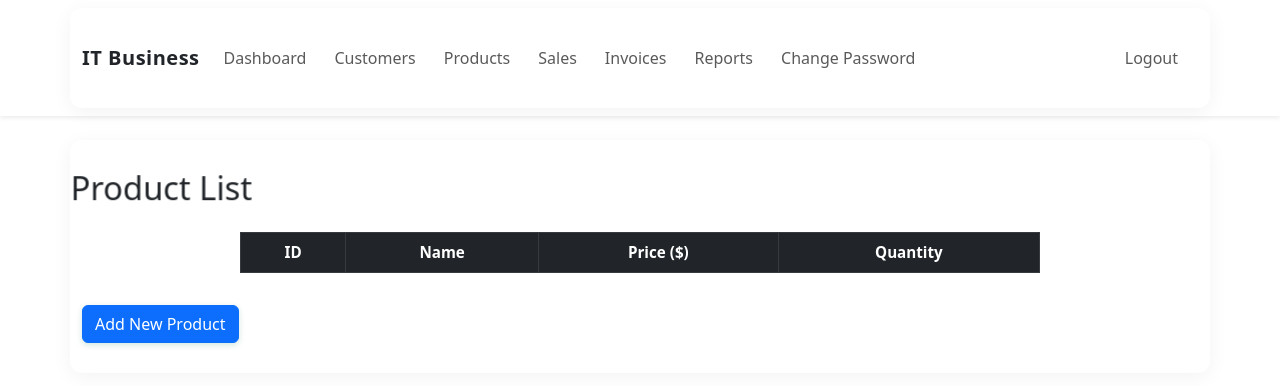
Repository: asmsaifulislam/it_business
Page: http://localhost/products
An editor plug-in stored every save of this project. The page is shown before and after the next save, followed by the edit.
The browser window is 1280 px wide. The pictures show the whole page.
The page is served by the project's application, run on Flask 3 (app.py). The session is filled in as if someone had signed in: {"user_id": 1}. Other server files are loaded and not shown. Queries for data that is not in the repository find no rows.

Above is the page before, as saved 2025-09-05 12:04:49.

### templates/products.html
{% extends 'base.html' %}

{% block content %}
<h2 class="mb-4">Product List</h2>

<table class="table table-striped table-bordered">
    <thead class="table-dark">
        <tr>
            <th>ID</th>
            <th>Name</th>
            <th>Price ($)</th>
            <th>Quantity</th> <!-- ✅ New Column -->
        </tr>
    </thead>
    <tbody>
        {% for product in products %}
        <tr>
            <td>{{ product.id }}</td>
            <td>{{ product.name }}</td>
            <td>${{ "%.2f"|format(product.price) }}</td>
            <td>{{ product.stock }}</td> <!-- ✅ New Data Cell -->
        </tr>
        {% endfor %}
    </tbody>
</table>

<a href="{{ url_for('add_product') }}" class="btn btn-primary mt-3">Add New Product</a>
{% endblock %}

### templates/base.html
<!DOCTYPE html>
<html lang="en">
<head>
    <meta charset="UTF-8">
    <title>IT Business Management Tool</title>
    <meta name="viewport" content="width=device-width, initial-scale=1">

    <!-- Custom Styles -->
    <link rel="stylesheet" href="{{ url_for('static', filename='style.css') }}">

    <!-- Bootstrap CSS -->
    <link href="https://cdn.jsdelivr.net/npm/bootstrap@5.3.0/dist/css/bootstrap.min.css" rel="stylesheet">
</head>
<body>
    <!-- Navbar -->
    <nav class="navbar navbar-expand-lg shadow-sm mb-4" style="background-color: #ffffff;">
        <div class="container">
            <a class="navbar-brand text-dark" href="{{ url_for('dashboard') }}">IT Business</a>
            <button class="navbar-toggler" type="button" data-bs-toggle="collapse" data-bs-target="#navbarNav">
                <span class="navbar-toggler-icon"></span>
            </button>
            <div class="collapse navbar-collapse justify-content-between" id="navbarNav">
                <ul class="navbar-nav">
                    <li class="nav-item"><a class="nav-link" href="{{ url_for('dashboard') }}">Dashboard</a></li>
                    <li class="nav-item"><a class="nav-link" href="{{ url_for('customers') }}">Customers</a></li>
                    <li class="nav-item"><a class="nav-link" href="{{ url_for('products') }}">Products</a></li>
                    <li class="nav-item"><a class="nav-link" href="{{ url_for('sales') }}">Sales</a></li>
                    <li class="nav-item"><a class="nav-link" href="{{ url_for('invoice') }}">Invoices</a></li>
                    <li class="nav-item"><a class="nav-link" href="{{ url_for('reports') }}">Reports</a></li>
                    <li class="nav-item"><a class="nav-link" href="{{ url_for('change_password') }}">Change Password</a></li>
                </ul>
                <ul class="navbar-nav">
                    {% if session.get('user_id') %}
                        <li class="nav-item"><a class="nav-link" href="{{ url_for('logout') }}">Logout</a></li>
                    {% else %}
                        <li class="nav-item"><a class="nav-link" href="{{ url_for('login') }}">Login</a></li>
                    {% endif %}
                </ul>
            </div>
        </div>
    </nav>

    <!-- Flash Messages -->
    <div class="container">
        {% with messages = get_flashed_messages() %}
            {% if messages %}
                <div class="alert alert-warning text-center fade-in">
                    {% for message in messages %}
                        <div>{{ message }}</div>
                    {% endfor %}
                </div>
            {% endif %}
        {% endwith %}

        <!-- Page Content -->
        {% block content %}{% endblock %}
    </div>

    <!-- Bootstrap JS -->
    <script src="https://cdn.jsdelivr.net/npm/bootstrap@5.3.0/dist/js/bootstrap.bundle.min.js"></script>
</body>
</html>

### app.py
# -------------------- Core Imports --------------------
import os
from flask import Flask, render_template, redirect, url_for, request, flash, session
from flask_sqlalchemy import SQLAlchemy
from flask_migrate import Migrate
from werkzeug.security import generate_password_hash, check_password_hash
from dotenv import load_dotenv

# -------------------- Load Environment Variables --------------------
load_dotenv()

# -------------------- Config --------------------
class Config:
    SQLALCHEMY_DATABASE_URI = os.getenv('DATABASE_URL', 'sqlite:///site.db')
    SECRET_KEY = os.getenv('SECRET_KEY', 'fallback_secret')
    SQLALCHEMY_TRACK_MODIFICATIONS = False

# -------------------- App Initialization --------------------
app = Flask(__name__)
app.config.from_object(Config)

# -------------------- Database --------------------
db = SQLAlchemy(app)
migrate = Migrate(app, db)

# -------------------- Models --------------------
class User(db.Model):
    id = db.Column(db.Integer, primary_key=True)
    username = db.Column(db.String(120), unique=True, nullable=False)
    password = db.Column(db.String(512), nullable=False)

class Customer(db.Model):
    id = db.Column(db.Integer, primary_key=True)
    name = db.Column(db.String(120), nullable=False)
    email = db.Column(db.String(120), nullable=True)

class Product(db.Model):
    id = db.Column(db.Integer, primary_key=True)
    name = db.Column(db.String(120), nullable=False)
    price = db.Column(db.Float, nullable=False)
    stock = db.Column(db.Integer, default=0)

class Sale(db.Model):
    id = db.Column(db.Integer, primary_key=True)
    customer_id = db.Column(db.Integer, db.ForeignKey('customer.id'), nullable=False)
    product_id = db.Column(db.Integer, db.ForeignKey('product.id'), nullable=False)
    quantity = db.Column(db.Integer, nullable=False)
    total = db.Column(db.Float, nullable=False)

class Invoice(db.Model):
    id = db.Column(db.Integer, primary_key=True)
    sale_id = db.Column(db.Integer, db.ForeignKey('sale.id'), nullable=False)
    status = db.Column(db.String(20), default='Unpaid')

# -------------------- One-Time Admin Creation --------------------
with app.app_context():
    db.create_all()
    if not User.query.filter_by(username='admin').first():
        admin = User(username='admin', password=generate_password_hash('admin123'))
        db.session.add(admin)
        db.session.commit()

# -------------------- Form Imports --------------------
from forms import (
    LoginForm,
    ChangePasswordForm,
    UpdateAccountForm,
    CustomerForm,
    ProductForm,
    SaleForm,
    InvoiceForm
)

# -------------------- One-Time Admin Creation --------------------
with app.app_context():
    db.create_all()
    if not User.query.filter_by(username='admin').first():
        admin = User(username='admin', password=generate_password_hash('admin123'))
        db.session.add(admin)
        db.session.commit()

# -------------------- Auth --------------------
@app.route('/login', methods=['GET', 'POST'])
def login():
    form = LoginForm()
    if form.validate_on_submit():
        user = User.query.filter_by(username=form.username.data).first()
        if user and check_password_hash(user.password, form.password.data):
            session['user_id'] = user.id
            return redirect(url_for('dashboard'))
        else:
            flash('Invalid credentials')
    return render_template('login.html', form=form)

@app.route('/logout')
def logout():
    session.pop('user_id', None)
    return redirect(url_for('login'))

# -------------------- Change Password --------------------
@app.route('/change-password', methods=['GET', 'POST'])
def change_password():
    if 'user_id' not in session:
        return redirect(url_for('login'))

    form = ChangePasswordForm()
    user = User.query.get(session['user_id'])

    if form.validate_on_submit():
        if not check_password_hash(user.password, form.current_password.data):
            flash('Current password is incorrect')
        else:
            user.password = generate_password_hash(form.new_password.data)
            db.session.commit()
            flash('Password updated successfully')
            return redirect(url_for('dashboard'))

    return render_template('change_password.html', form=form)

# -------------------- Update Account --------------------
@app.route('/update-account', methods=['GET', 'POST'])
def update_account():
    if 'user_id' not in session:
        return redirect(url_for('login'))

    form = UpdateAccountForm()
    user = User.query.get(session['user_id'])

    if form.validate_on_submit():
        if not check_password_hash(user.password, form.current_password.data):
            flash('Current password is incorrect')
        else:
            user.username = form.username.data
            user.password = generate_password_hash(form.new_password.data)
            db.session.commit()
            flash('Account updated successfully')
            return redirect(url_for('dashboard'))

    return render_template('update_account.html', form=form)

# -------------------- Add Product --------------------
@app.route('/add-product', methods=['GET', 'POST'])
def add_product():
    if 'user_id' not in session:
        return redirect(url_for('login'))

    form = ProductForm()
    if form.validate_on_submit():
        try:
            new_product = Product(name=form.name.data, price=form.price.data)
            db.session.add(new_product)
            db.session.commit()
            flash('✅ Product added successfully', 'success')
            return redirect(url_for('products'))
        except Exception as e:
            db.session.rollback()
            flash(f'❌ Error adding product: {str(e)}', 'danger')

    return render_template('add_product.html', form=form)

# -------------------- Record Sale --------------------
@app.route('/record-sale', methods=['GET', 'POST'])
def record_sale():
    if 'user_id' not in session:
        return redirect(url_for('login'))

    form = SaleForm()
    form.customer_id.choices = [(c.id, c.name) for c in Customer.query.all()]
    form.product_id.choices = [(p.id, p.name) for p in Product.query.all()]

    if form.validate_on_submit():
        product = Product.query.get(form.product_id.data)
        total = product.price * form.quantity.data
        new_sale = Sale(
            customer_id=form.customer_id.data,
            product_id=form.product_id.data,
            quantity=form.quantity.data,
            total=total
        )
        db.session.add(new_sale)
        db.session.commit()
        flash('Sale recorded successfully')
        return redirect(url_for('sales'))

    return render_template('record_sale.html', form=form)
#------------------sales report-----------------------
@app.route('/sales-report')
def sales_report():
    # Fetch and render sales data
    return render_template('sales_report.html')


# -------------------- Create Invoice (Manual Form) --------------------
@app.route('/create-invoice', methods=['GET', 'POST'])
def create_invoice():
    if 'user_id' not in session:
        return redirect(url_for('login'))

    form = InvoiceForm()
    form.sale_id.choices = [(sale.id, f"Sale #{sale.id} - {sale.customer.name}") for sale in Sale.query.all()]

    if form.validate_on_submit():
        sale = Sale.query.get_or_404(form.sale_id.data)
        existing_invoice = Invoice.query.filter_by(sale_id=sale.id).first()
        if existing_invoice:
            flash('Invoice already exists for this sale.', 'warning')
        else:
            new_invoice = Invoice(sale_id=sale.id, status=form.status.data)
            db.session.add(new_invoice)
            db.session.commit()
            flash('Invoice created successfully.', 'success')
        return redirect(url_for('invoice'))

    return render_template('create_invoice.html', form=form)

# -------------------- Generate Invoice (Auto from Sale) --------------------
@app.route('/generate-invoice/<int:sale_id>', methods=['POST'])
def generate_invoice(sale_id):
    if 'user_id' not in session:
        return redirect(url_for('login'))

    sale = Sale.query.get_or_404(sale_id)
    existing_invoice = Invoice.query.filter_by(sale_id=sale.id).first()
    if existing_invoice:
        flash('Invoice already exists for this sale.', 'warning')
    else:
        new_invoice = Invoice(sale_id=sale.id, status='Unpaid')
        db.session.add(new_invoice)
        db.session.commit()
        flash('Invoice generated successfully.', 'success')

    return redirect(url_for('invoice'))

# -------------------- Mark Invoice as Paid --------------------
@app.route('/mark-paid/<int:invoice_id>', methods=['POST'])
def mark_paid(invoice_id):
    if 'user_id' not in session:
        return redirect(url_for('login'))

    invoice = Invoice.query.get_or_404(invoice_id)
    invoice.status = 'Paid'
    db.session.commit()
    flash('Invoice marked as paid.', 'success')
    return redirect(url_for('invoice'))

# -------------------- Dashboard --------------------
@app.route('/')
def dashboard():
    if 'user_id' not in session:
        return redirect(url_for('login'))
    stats = {
        'customers': Customer.query.count(),
        'products': Product.query.count(),
        'sales': Sale.query.count(),
        'invoices': Invoice.query.count()
    }
    return render_template('dashboard.html', stats=stats)

# -------------------- Customers --------------------
@app.route('/customers')
def customers():
    if 'user_id' not in session:
        return redirect(url_for('login'))
    all_customers = Customer.query.all()
    return render_template('customers.html', customers=all_customers)

@app.route('/add-customer', methods=['GET', 'POST'])
def add_customer():
    if 'user_id' not in session:
        return redirect(url_for('login'))

    form = CustomerForm()
    if form.validate_on_submit():
        new_customer = Customer(name=form.name.data, email=form.email.data)
        db.session.add(new_customer)
        db.session.commit()
        flash('Customer added successfully')
        return redirect(url_for('customers'))

    return render_template('add_customer.html', form=form)

# -------------------- Products --------------------
@app.route('/products')
def products():
    if 'user_id' not in session:
        return redirect(url_for('login'))
    all_products = Product.query.all()
    return render_template('products.html', products=all_products)

# -------------------- Sales --------------------
@app.route('/sales')
def sales():
    if 'user_id' not in session:
        return redirect(url_for('login'))
    all_sales = Sale.query.all()
    return render_template('sales.html', sales=all_sales)

# -------------------- Invoices --------------------
@app.route('/invoice')
def invoice():
    if 'user_id' not in session:
        return redirect(url_for('login'))
    all_invoices = Invoice.query.all()
    return render_template('invoice.html', invoices=all_invoices)

# -------------------- Reports --------------------
@app.route('/reports')
def reports():
    if 'user_id' not in session:
        return redirect(url_for('login'))
    return render_template('reports.html')
# -------------------- Sales Report --------------------
@app.route('/sales-report')
def sales_report_view():
    if 'user_id' not in session:
        return redirect(url_for('login'))
    total_sales = Sale.query.count()
    total_revenue = db.session.query(db.func.sum(Sale.total)).scalar() or 0
    top_product = db.session.query(Product.name, db.func.sum(Sale.quantity))\
        .join(Sale, Product.id == Sale.product_id)\
        .group_by(Product.name)\
        .order_by(db.func.sum(Sale.quantity).desc())\
        .first()
    return render_template('sales_report.html',
                           total_sales=total_sales,
                           total_revenue=total_revenue,
                           top_product=top_product[0] if top_product else "N/A")

# -------------------- Customer Report --------------------
@app.route('/customer-report')
def customer_report():
    if 'user_id' not in session:
        return redirect(url_for('login'))

    total_customers = Customer.query.count()
    recent_customers = Customer.query.order_by(Customer.id.desc()).limit(5).all()

    return render_template('customer_report.html',
                           total_customers=total_customers,
                           recent_customers=recent_customers)

# -------------------- Product Report --------------------
@app.route('/product-report')
def product_report():
    if 'user_id' not in session:
        return redirect(url_for('login'))

    total_products = Product.query.count()
    low_stock = Product.query.filter(Product.stock < 10).all()

    return render_template('product_report.html',
                           total_products=total_products,
                           low_stock=low_stock)

# -------------------- Invoice Report --------------------
@app.route('/invoice-report')
def invoice_report():
    if 'user_id' not in session:
        return redirect(url_for('login'))

    total_invoices = Invoice.query.count()
    paid = Invoice.query.filter_by(status='Paid').count()
    unpaid = Invoice.query.filter_by(status='Unpaid').count()
    overdue = Invoice.query.filter_by(status='Overdue').count()

    return render_template('invoice_report.html',
                           total_invoices=total_invoices,
                           paid=paid,
                           unpaid=unpaid,
                           overdue=overdue)


# -------------------- Run --------------------
if __name__ == '__main__':
    app.run(debug=True)

### static/style.css
/* Base Reset */
body {
    margin: 0;
    padding: 0;
    font-family: 'Segoe UI', Tahoma, Geneva, Verdana, sans-serif;
    background-color: #f4f6f9;
    color: #212529;
    text-align: center;
}

/* Navbar */
nav.navbar {
    background-color: #ffffff;
    box-shadow: 0 2px 4px rgba(0, 0, 0, 0.1);
    transition: box-shadow 0.3s ease;
}

nav.navbar:hover {
    box-shadow: 0 4px 12px rgba(0, 0, 0, 0.15);
}

.navbar-brand {
    font-weight: bold;
    font-size: 1.5rem;
    letter-spacing: 0.5px;
    color: #2c3e50;
}

.nav-link {
    font-size: 1rem;
    margin-right: 12px;
    position: relative;
    color: #2c3e50;
    transition: color 0.3s ease;
}

.nav-link::after {
    content: '';
    position: absolute;
    left: 0;
    bottom: -4px;
    width: 0%;
    height: 2px;
    background-color: #198754;
    transition: width 0.3s ease;
}

.nav-link:hover {
    color: #198754;
}

.nav-link:hover::after {
    width: 100%;
}

/* Container */
.container {
    padding: 30px 20px;
    max-width: 960px;
    margin: 0 auto;
    background-color: #ffffff;
    border-radius: 12px;
    box-shadow: 0 4px 20px rgba(0, 0, 0, 0.05);
    transform-style: preserve-3d;
    perspective: 1000px;
    animation: fadeInUp 0.6s ease forwards;
}

/* Headings */
h2 {
    font-weight: 600;
    color: #2c3e50;
    margin-bottom: 30px;
    transform: translateZ(20px);
}

/* Tables */
table {
    font-size: 0.95rem;
    margin: 0 auto;
    width: 100%;
    max-width: 800px;
    border-collapse: collapse;
    transition: transform 0.3s ease;
}

.table th {
    background-color: #2c3e50;
    color: white;
    text-align: center;
    padding: 12px;
}

.table td {
    vertical-align: middle;
    text-align: center;
    padding: 10px;
    background-color: #ffffff;
}

.table tbody tr {
    transition: background-color 0.3s ease, transform 0.3s ease;
}

.table tbody tr:hover {
    background-color: #f0f8ff;
    transform: scale(1.01) translateZ(10px);
}

/* Buttons */
.btn {
    font-weight: 500;
    padding: 10px 18px;
    border-radius: 6px;
    font-size: 0.95rem;
    background-color: #198754;
    color: white;
    transition: all 0.3s ease;
    box-shadow: 0 2px 6px rgba(25, 135, 84, 0.2);
}

.btn:hover {
    transform: translateY(-2px) scale(1.05);
    box-shadow: 0 6px 16px rgba(25, 135, 84, 0.3);
    background-color: #157347;
}

/* Cards */
.card {
    box-shadow: 0 2px 8px rgba(0, 0, 0, 0.08);
    border: none;
    text-align: center;
    border-radius: 8px;
    transition: transform 0.3s ease, box-shadow 0.3s ease;
}

.card:hover {
    transform: rotateX(3deg) rotateY(3deg);
    box-shadow: 0 6px 16px rgba(0, 0, 0, 0.1);
}

.card-header {
    font-weight: 600;
    font-size: 1.1rem;
}

/* Alerts */
.alert {
    font-size: 0.9rem;
    max-width: 600px;
    margin: 0 auto 20px;
    animation: fadeInUp 0.5s ease forwards;
}

/* Forms */
form {
    max-width: 500px;
    margin: 0 auto;
    text-align: left;
    background-color: #ffffff;
    padding: 30px;
    border-radius: 8px;
    box-shadow: 0 0 10px rgba(0, 0, 0, 0.05);
    animation: fadeInUp 0.6s ease forwards;
}

.form-label {
    font-weight: 500;
    margin-bottom: 6px;
}

.form-control {
    border-radius: 4px;
    font-size: 0.95rem;
    padding: 10px;
    margin-bottom: 15px;
    transition: box-shadow 0.3s ease;
}

.form-control:focus {
    box-shadow: 0 0 8px rgba(25, 135, 84, 0.3);
    border-color: #198754;
}

/* Badges */
.badge {
    font-size: 0.85rem;
    padding: 6px 10px;
    border-radius: 4px;
}

/* Animations */
@keyframes fadeInUp {
    from {
        opacity: 0;
        transform: translateY(20px);
    }
    to {
        opacity: 1;
        transform: translateY(0);
    }
}

/* Responsive Enhancements */
@media (max-width: 768px) {
    .container {
        padding: 20px 10px;
    }

    form {
        padding: 20px;
    }

    .btn {
        width: 100%;
    }

    h2 {
        font-size: 1.4rem;
    }
}

After the next save:
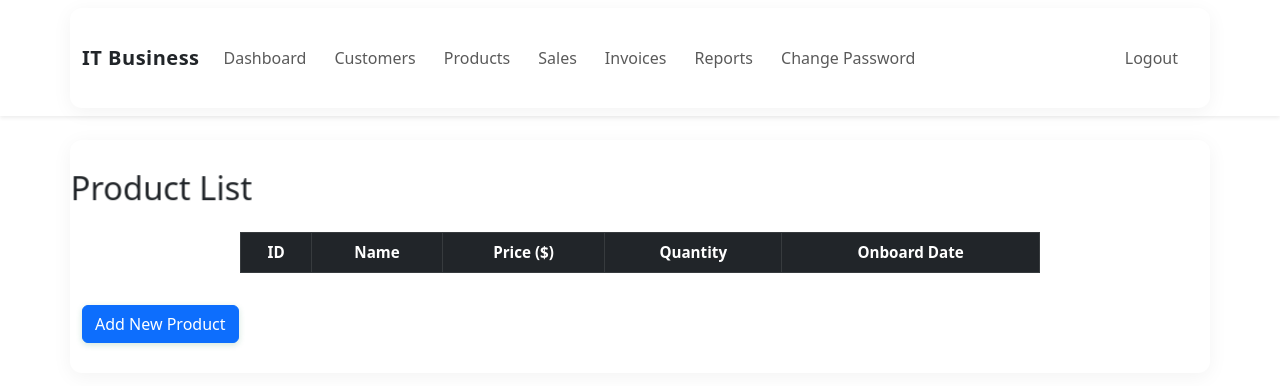
Saved 28 min 55 s later.
--- a/templates/products.html
+++ b/templates/products.html
@@ -9,7 +9,8 @@
             <th>ID</th>
             <th>Name</th>
             <th>Price ($)</th>
-            <th>Quantity</th> <!-- ✅ New Column -->
+            <th>Quantity</th>
+            <th>Onboard Date</th> <!-- ✅ New Column -->
         </tr>
     </thead>
     <tbody>
@@ -18,7 +19,8 @@
             <td>{{ product.id }}</td>
             <td>{{ product.name }}</td>
             <td>${{ "%.2f"|format(product.price) }}</td>
-            <td>{{ product.stock }}</td> <!-- ✅ New Data Cell -->
+            <td>{{ product.stock }}</td>
+            <td>{{ product.onboard_date.strftime('%Y-%m-%d') }}</td> <!-- ✅ New Data Cell -->
         </tr>
         {% endfor %}
     </tbody>
